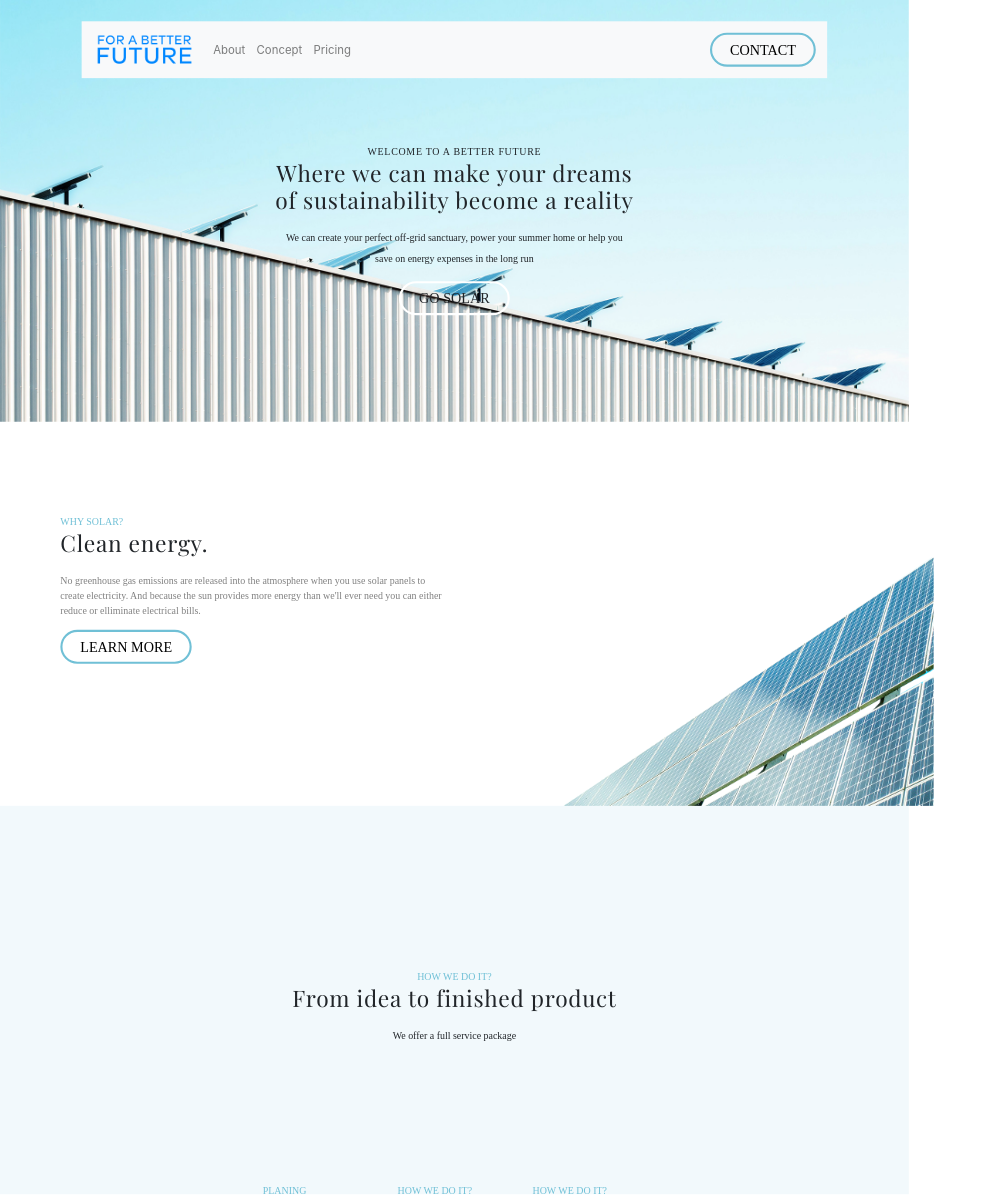
Repository: sabinemm/fabf
Page: index.html
The author's editor kept a record of every edit. The page is drawn from the files as they stood at one moment, then again after the next edit.
The browser window is 1280 px wide. The page is 1315 px wide, then 1385 px, so the pictures cover 1385 px, including what lies to the right of the window. The pictures show the whole page, at 71% of full size.
Backgrounds fixed to the window are drawn as part of the page. Some web fonts or font styles are not loaded; a fallback is used.

Above is the page before.

After the next edit:
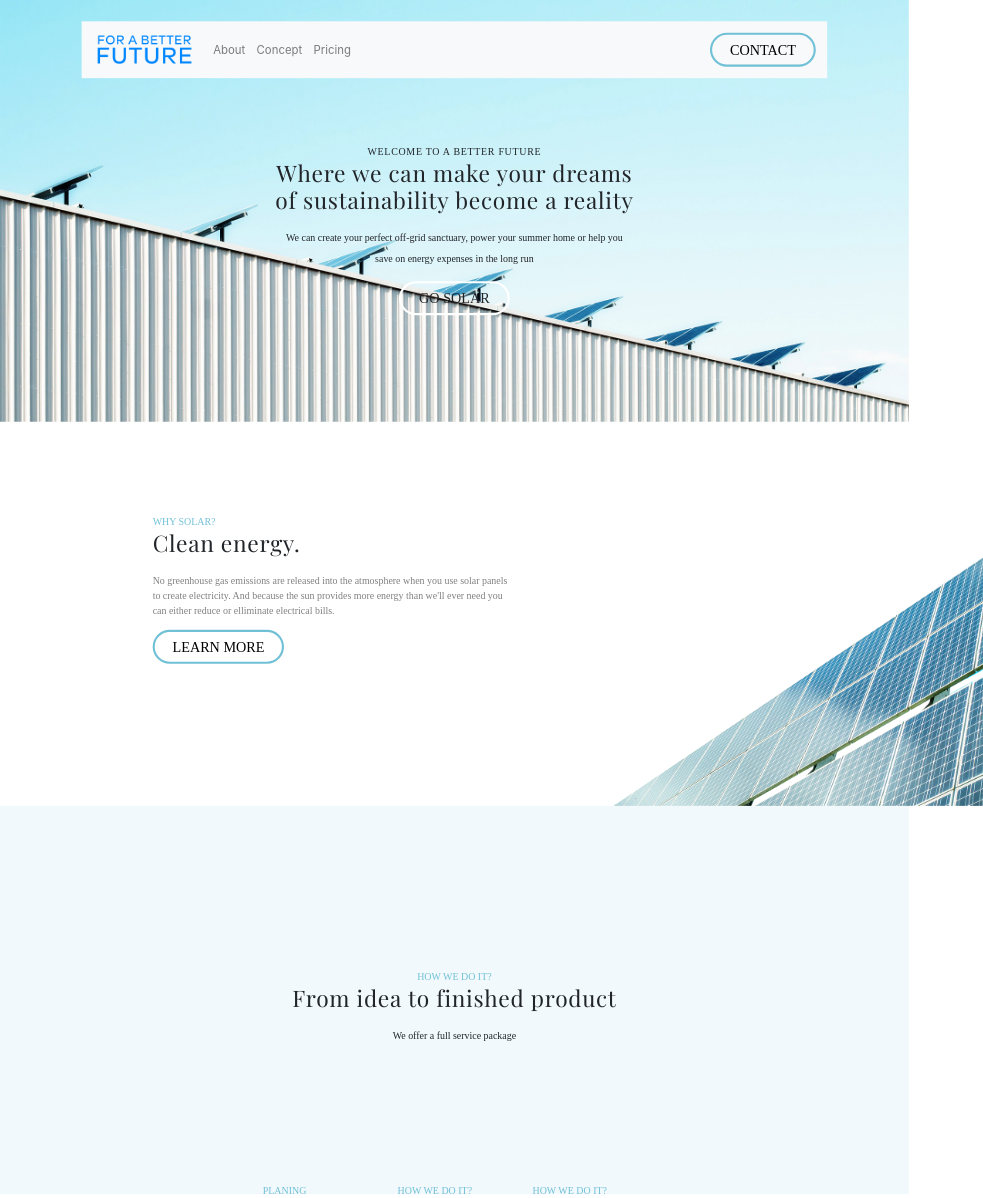
The edit:
--- a/style.css
+++ b/style.css
@@ -129,6 +129,9 @@
 
 /*-------------------SECTION 2 PAGE 1------------------*/
 
+#clean {
+    padding-left: 200px;
+}
 .stitle-blue {
     color:rgb(112, 192, 214);
     padding-top: 70px;
